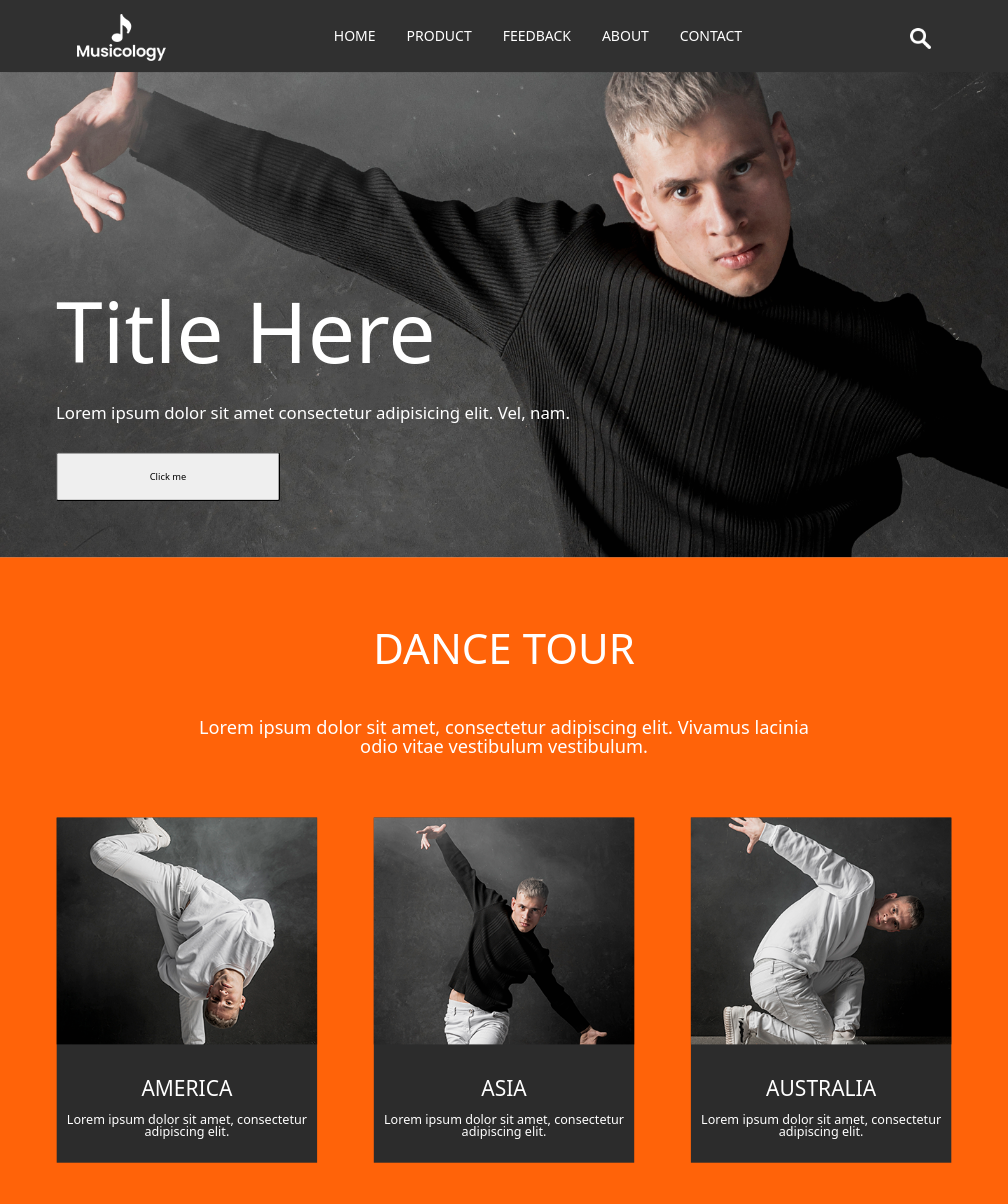
Repository: KinD2704/Web-University
Page: Bai30/index.html
The author's editor kept a copy of each file at every save. The page is drawn from the files as they stood at one save, then again after the next save.
The browser window is 1280 px wide. The page is 1440 px wide, so the pictures cover 1440 px, including what lies to the right of the window. The pictures show the part of the page from y = 0 to 1720 px (the page is 7257 px tall), at 70% of full size.

Above is the page before, as saved 2023-12-24 01:00:13.

### Bai30/index.html
<!DOCTYPE html>
<html lang="en">

<head>
    <meta charset="UTF-8" />
    <meta name="viewport" content="width=device-width, initial-scale=1.0" />
    <title>les 30 percent</title>
    <link rel="stylesheet" href="https://cdnjs.cloudflare.com/ajax/libs/font-awesome/6.5.1/css/all.min.css">
    <link rel="stylesheet" href="css/reset.css" />
    <link rel="stylesheet" href="css/global.css">
    <link rel="stylesheet" href="css/styles.css" />
</head>

<body>
    <!-- Header -->
    <header>
        <div class="container d-flex justify-space-around">
            <div>
                <img src="img/logo.png" alt="logo" class="logo1" />
            </div>
            <div>
                <ul>
                    <li><a href="#!" class="text-white transition-05">HOME</a></li>
                    <li><a href="#!" class="text-white transition-05">PRODUCT</a></li>
                    <li><a href="#!" class="text-white transition-05">FEEDBACK</a></li>
                    <li><a href="#!" class="text-white transition-05">ABOUT</a></li>
                    <li><a href="#!" class="text-white transition-05">CONTACT</a></li>
                </ul>
            </div>
            <div>
                <img src="img/search.png" alt="search" class="search" />
            </div>
        </div>
    </header>

    <div class="banner1">
        <div class="banner1__item">
            <div class="banner1__text">
                <p class="text-white">Title Here</p>
            </div>
            <div class="banner1__text2">
                <p class="text-white">Lorem ipsum dolor sit amet consectetur adipisicing elit. Vel, nam.</p>
            </div>
            <div>
                <button class="buttonBtn transition-05">Click me</button>
            </div>
        </div>
    </div>
    <div class="banner2 h-974">
        <div class="banner2__container">
            <div class="banner2__text banner2__text1">
                <p class="text-white text-up">Dance Tour</p>
            </div>
            <div class="banner2__text banner2__text2">
                <p class="text-white">
                    Lorem ipsum dolor sit amet, consectetur adipiscing elit.
                    Vivamus lacinia odio vitae vestibulum vestibulum.
                </p>
            </div>
            <div class="banner2__item d-flex justify-space-evenly">
                <div class="banner2__item1">
                    <img src="img/item1.png" alt="" />
                    <p>AMERICA</p>
                    <p>
                        Lorem ipsum dolor sit amet, consectetur adipiscing
                        elit.
                    </p>
                </div>
                <div class="banner2__item1">
                    <img src="img/item2.png" alt="" />
                    <p>ASIA</p>
                    <p>
                        Lorem ipsum dolor sit amet, consectetur adipiscing
                        elit.
                    </p>
                </div>
                <div class="banner2__item1">
                    <img src="img/item3.png" alt="" />
                    <p>AUSTRALIA</p>
                    <p>
                        Lorem ipsum dolor sit amet, consectetur adipiscing
                        elit.
                    </p>
                </div>
            </div>
        </div>
    </div>
    <div class="banner3">
        <div class="banner2__container">
            <div class="banner2__text banner2__text1">
                <p class="text-white text-up">PRICING</p>
            </div>
            <div class="banner2__text banner2__text2">
                <p class="text-white">
                    The Latest Dance Industry Statistics Unveiled
                </p>
            </div>
            <div class="banner2__item d-flex justify-space-evenly">
                <div class="banner3__item1">
                    <div class="imgBasic"><img src="img/basic.png" alt=""></div>
                    <p>basic</p>
                    <p>Lorem ipsum dolor sit amet, consectetur adipiscing elit</p>
                    <div class="bannerBtn"><button>$150.00</button></div>
                </div>
                <div class="banner3__item1">
                    <div class="imgBasic"><img src="img/basic.png" alt="" /></div>
                    <p>Professional</p>
                    <p>Lorem ipsum dolor sit amet, consectetur adipiscing elit</p>
                    <div class="bannerBtn"><button>$200.00</button></div>
                </div>
                <div class="banner3__item1">
                    <div class="imgBasic"><img src="img/basic.png" alt="" /></div>
                    <p>Ultimate</p>
                    <p>Lorem ipsum dolor sit amet, consectetur adipiscing elit</p>
                    <div class="bannerBtn"><button>$250.00</button></div>
                </div>
            </div>
        </div>
        <div class="banner4 h-974">
            <div class="banner4__container d-flex">
                <div class="banner4__item1">
                    <img src="img/anh-banner4.png" alt="" class="h-974">
                </div>
                <div class="banner4__item2">
                    <p class="p1">BREAKING DANCE</p>
                    <p class="p2">the dancers who perform it. Breaking is popular in many places, but many people do not
                        understand it </p>
                    <div class="bannerBtn1"><button class="banner5-Btn">READ MORE</button></div>
                </div>

            </div>
        </div>
        <div class="banner5 h-974">
            <div class="banner5__container d-flex">
                <div class="banner5__item1">
                    <p class="p1">STREET DANCE</p>
                    <p class="p2">Street dance is a type of dance genre that came to being outside the traditional dance
                        studio</p>
                    <div class="bannerBtn1"><button class="banner5-Btn">READ MORE</button></div>
                </div>
                <div class="banner5__item2">
                    <img src="img/anh-banner5.png" alt="" class="h-974">
                </div>
            </div>
        </div>
        <div class="banner6 h-974">
            <div class="banner2__container">
                <div class="banner2__text banner2__text1">
                    <p class="text-up text-white">Our Statistics</p>
                </div>
                <div class="banner2__text banner2__text2">
                    <p class="text-white">
                        The survey was conducted from November 2022 to January
                        2023, for the reporting period of 2022.
                    </p>
                </div>
                <div class="banner6__item d-flex justify-space-evenly">
                    <div class="banner6__item1">
                        <p class="text-white">1240+</p>
                        <p class="text-white">Club</p>
                    </div>
                    <div class="banner6__item1">
                        <p class="text-white">2000+</p>
                        <p class="text-white">Active member</p>
                    </div>
                    <div class="banner6__item1">
                        <p class="text-white">1000+</p>
                        <p class="text-white">Community</p>
                    </div>
                </div>
            </div>
            <div class="banner7 h-974">
                <div></div>
            </div>
            <div class="banner8">
                <div class="banner2__container">
                    <div class="banner2__text banner2__text1">
                        <p class="text-up text-white">Subscribe</p>
                    </div>
                    <div class="banner2__text banner2__text2">
                        <p class="text-white">
                            The survey was conducted from November 2022 to January
                            2023, for the reporting period of 2022.
                        </p>
                    </div>
                    <div class="contact-email d-flex">
                        <input type="text" placeholder="Your Email" class="yourEmail">
                        <button class="subscribe text-white transition-05">SUBSCRIBE</button>
                    </div>
                </div>
            </div>
            <div class="banner9">
                <div class="banner9__container d-flex justify-space-around">
                    <div class="col-1 d-flex">
                        <p class="text-up">Musicology</p>
                        <p>
                            Lorem ipsum dolor sit amet consectetur adipisicing elit. Sapiente enim repudiandae provident necessitatibus aspernatur distinctio veniam exercitationem veritatis sunt tenetur.
                        </p>
                        <span class="col-1__p3">
                            <i class="fa-brands fa-facebook"></i>
                            <i class="fa-brands fa-instagram"></i>
                            <i class="fa-brands fa-twitter"></i>
                        </span>
                    </div>
                    <div>
                        <div class="col-2 d-flex">
                            <p>ABOUT</p>
                            <p>History</p>
                            <p>Our Team</p>
                            <p>About Me</p>
                            <p>Condition</p>
                            <p>Privacy Policy</p>
                        </div>
                    </div>
                    <div>
                        <div class="col-2 d-flex">
                            <p>OTHER</p>
                            <p>Contact us</p>
                            <p>Help</p>
                            <p>Privacy</p>
                        </div>
                    </div>
                </div>
            </div>

            <!-- Footer -->
            <footer></footer>
</body>

</html>

### Bai30/css/reset.css
article,
aside,
details,
figcaption,
figure,
footer,
header,
hgroup,
menu,
nav,
section {
    display: block;
}
body {
    line-height: 1;
}
ol,
ul {
    list-style: none;
}
blockquote,
q {
    quotes: none;
}
blockquote:before,
blockquote:after,
q:before,
q:after {
    content: "";
    content: none;
}
table {
    border-collapse: collapse;
    border-spacing: 0;
}

### Bai30/css/global.css
.h-974 {
    height: 974px;
}
.text-up {
    text-transform: uppercase;
}
.d-flex {
    display: flex;
}
.text-white {
    color: #ffffff;
}
.justify-space-evenly {
    justify-content: space-evenly;
}
.justify-space-around {
    justify-content: space-around;
}
.transition-05 {
    transition: 0.5s;
}

### Bai30/css/styles.css
* {
    margin: 0;
    padding: 0;
    font-family: system-ui, -apple-system, BlinkMacSystemFont, "Segoe UI",
        Roboto, Oxygen, Ubuntu, Cantarell, "Open Sans", "Helvetica Neue",
        sans-serif;
    box-sizing: border-box;
}
body {
    width: 1440px;
    margin: 0 auto;
}
/* Header */
header {
    position: fixed;
    width: 1440px;
    height: 103px;
    background-color: #303030;
    z-index: 100;
}
.container {
    line-height: 103px;
}
.container .search {
    font-size: 28px;
    margin-top: 40px;
}
.container .logo1 {
    margin-top: 20px;
}
header ul li {
    display: inline-block;
}
header ul li a {
    text-decoration: none;
    font-size: 20px;
    margin: 0 20px;
}
header ul li:hover a {
    color: orange;
}
/* banner 1 */
.banner1 {
    background-image: url("../img/banner1.png");
    height: 796px;
    background-repeat: no-repeat;
    background-size: cover;
    position: relative;
}
.banner1__item {
    position: absolute;
    bottom: 80px;
    left: 80px;
}
.banner1__text p {
    font-size: 120px;
}
.banner1__text2 p {
    font-size: 24px;
    padding: 45px 0;
}
.banner1__item button {
    width: 320px;
    height: 70px;
    border-radius: 3px;
}
/* banner 2 */
.banner2 {
    background-image: url("../img/banner2.png");
}
.banner2__container {
    padding: 100px 0;
}
.banner2__text1 p {
    font-size: 60px;
    text-align: center;
}
.banner2__text2 p {
    font-size: 26px;
    text-align: center;
    width: 892px;
    margin: 0 auto;
    margin-top: 70px;
    margin-bottom: 90px;
}
/* item */
.banner2__item1 {
    background-image: url("/img/background-item.png");
    width: 372px;
    height: 493px;
}

.banner2__item1 p {
    color: #ffffff;
    width: 372px;
}
.banner2__item1 p:first-of-type {
    display: block;
    font-size: 30px;
    text-align: center;
    margin-top: 45px;
}
.banner2__item1 p:last-of-type {
    display: block;
    font-size: 18px;
    text-align: center;
    margin-bottom: 40px;
    margin-top: 20px;
}

/* banner3 */
.banner3 {
    background-image: url("../img/banner3.png");
    height: 974px;
}
.banner3__item1 {
    color: white;
    background-image: url("../img/background-item-1.png");
    width: 372px;
    height: 493px;
}
.banner3__item1 .imgBasic {
    width: 372px;
    text-align: center;
    margin: 60px auto;
}
.banner3__item1 p:first-of-type {
    display: block;
    font-size: 30px;
    text-align: center;
    text-transform: uppercase;
    margin-bottom: 30px;
}
.banner3__item1 p:last-of-type {
    display: block;
    font-size: 18px;
    text-align: center;
    margin-bottom: 30px;
}
.banner3__item1 .bannerBtn {
    margin: 0 auto;
    width: 372px;
    text-align: center;
}
.banner3__item1 button,
.banner5-Btn {
    height: 70px;
    width: 80%;
    text-align: center;
    color: white;
    background-color: #303030;
    border-radius: 5px;
    font-size: 20px;
    transition: 0.5s;
}
.bannerBtn:hover button,
.banner5-Btn:hover,
.subscribe:hover {
    background-color: gold;
    cursor: pointer;
    color: sienna;
}
/* Banner 4 */
.banner4 {
    background-image: url("../img/banner4.png");
}
.banner4__item1,
.banner4__item2,
.banner5__item1,
.banner5__item2 {
    flex-basis: 50%;
}
.banner4__item1 img,
.banner5__item2 img {
    width: 100%;
    object-fit: cover;
}
.banner4__item2,
.banner5__item1 {
    color: white;
    padding-left: 60px;
    padding-right: 60px;
}
/* Banner 5 */
.banner5 {
    background-image: url("../img/banner5.png");
}
.banner5-Btn {
    width: 40%;
    margin-bottom: 270px;
}
.p1 {
    font-size: 60px;
    text-transform: uppercase;
    margin-top: 300px;
}
.p2 {
    font-size: 26px;
    margin: 0 auto;
    margin-top: 70px;
    margin-bottom: 90px;
}
/* banner 6 */
.banner6 {
    background-image: url("../img/banner6.png");
}
.banner6__item p:first-of-type {
    font-size: 50px;
    text-align: center;
    margin-bottom: 20px;
}
.banner6__item p:last-of-type {
    font-size: 35px;
    text-align: center;
}
/* Banner 7 */
.banner7 {
    background-image: url("../img/banner7-1.png");
}
/* Banner 8 */
.banner8 {
    background-image: url("../img/banner8.png");
    height: 579px;
}
.contact-email {
    width: 770px;
    height: 70px;
    margin: 0 auto;
}
.yourEmail {
    flex-basis: 70%;
}
.subscribe {
    flex-basis: 30%;
    background-color: #303030;
}
/* Banner 9 */
.banner9 {
    background-image: url("../img/banner9.png");
    height: 470px;
}
.banner9__container {
    padding-top: 125px;
    padding-bottom: 80px;
}
.col-1,
.col-2 {
    flex-direction: column;
    flex-basis: 25%;
    color: white;
}
.col-1 p {
    padding: 20px 0;
    transition: 0.5s;
}
.col-1 .col-1__p3 i {
    margin: 0 5px;
}
.col-2 p {
    transition: 0.5s;
}
.col-2 p:first-of-type {
    padding: 20px 0;
}
.col-2 p:not(:first-of-type) {
    padding: 5px 0;
}
.col-1 p:hover,
.col-2 p:hover {
    color: orange;
}

After the next save:
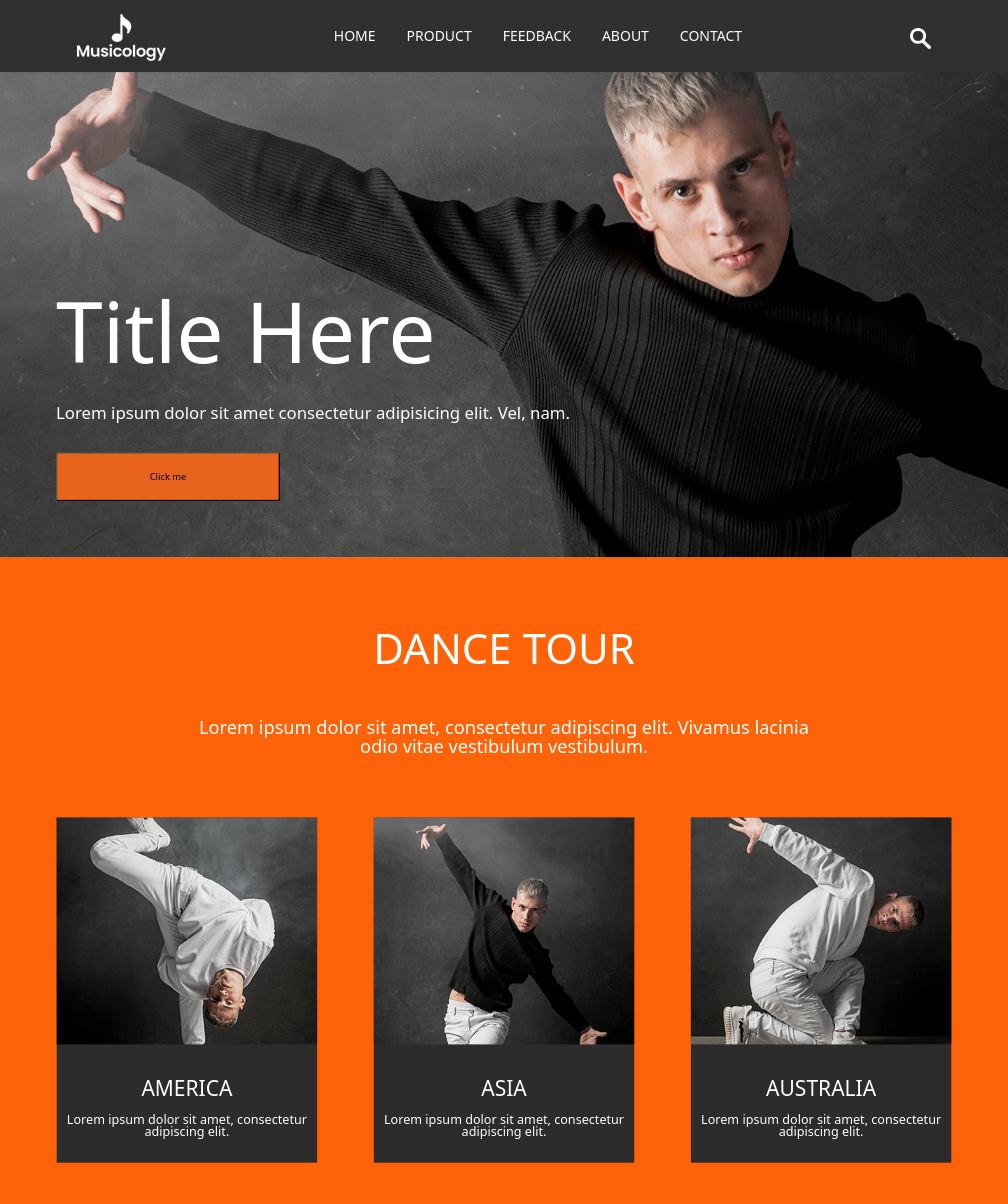
Saved 67 s later.
--- a/Bai30/css/styles.css
+++ b/Bai30/css/styles.css
@@ -63,6 +63,10 @@ header ul li:hover a {
     width: 320px;
     height: 70px;
     border-radius: 3px;
+    background-color: #e8631c;
+}
+.banner1__item button:hover {
+    background-color: gold;
 }
 /* banner 2 */
 .banner2 {
@@ -155,7 +159,8 @@ header ul li:hover a {
 }
 .bannerBtn:hover button,
 .banner5-Btn:hover,
-.subscribe:hover {
+.subscribe:hover,
+.banner1__item button:hover {
     background-color: gold;
     cursor: pointer;
     color: sienna;
